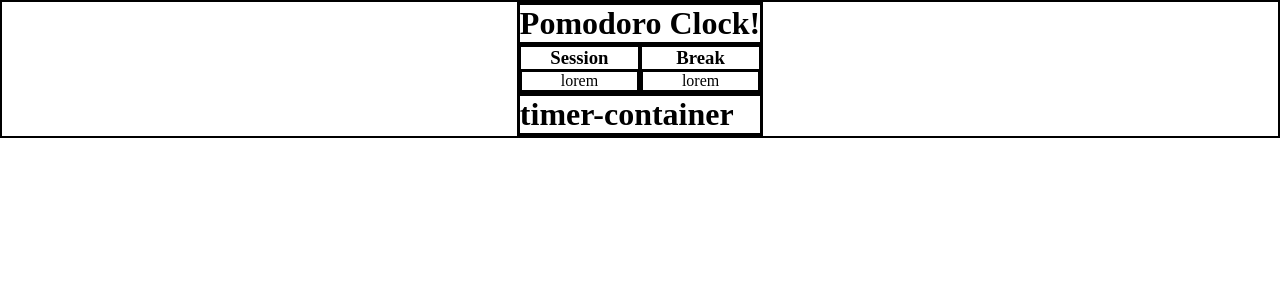
Repository: mcostigliola/pomodoroTimer
Page: index.html
These files come from the project's save history. The page is drawn as it stood at one moment and after the next save; the edit follows.
The browser window is 1280 px wide. The pictures show the whole page.

Above is the page before, as saved 2020-05-22 19:10:43.
Not found: main.js

### index.html
<!DOCTYPE html>
<html>
<head>
  <meta charset='utf-8'>
  <meta http-equiv='X-UA-Compatible' content='IE=edge'>
  <title>Page Title</title>
  <meta name='viewport' content='width=device-width, initial-scale=1'>
  <link rel='stylesheet' type='text/css' media='screen' href='main.css'>
  <script src='main.js'></script>
</head>
<body>
  <div id="main-container">
    <div id="title-watch">
      <h1>Pomodoro Clock!</h1>
    </div>

    <div id="session-container">
      <div class="timer-configurator">
        <h3 class="cnfg-name">Session</h3>
        <div class="cnfg-controller">
          <p>lorem</p>
        </div>
      </div>
      <div class="timer-configurator">
        <h3 class="cnfg-name">Break</h3>
        <div class="cnfg-controller">
          <p>lorem</p>
        </div>
      </div>
    </div>

    <div id="timer-container">
       <h1>timer-container</h1>
    </div>
  </div>
</body>
</html>

### main.css
*{
    border: 1px solid black;
    box-sizing: border-box;
    margin:0;
    padding:0;
}

body{
    display: flex;
    flex-flow: column;
}

#main-container{
    display: flex;
    flex-flow: column;
    margin: auto;
}

#session-container{
    display: flex;
}

.timer-configurator{
    display: flex;
    flex-flow: column;
    text-align: center;
    width: 50%;
}

After the next save:
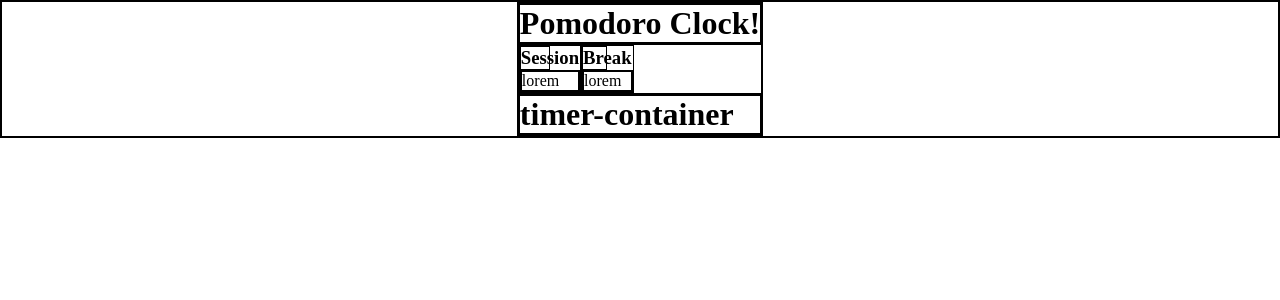
Saved 45 s later.
--- a/main.css
+++ b/main.css
@@ -20,7 +20,7 @@
     display: flex;
 }
 
-.timer-configurator{
+.timer-configurator h3{
     display: flex;
     flex-flow: column;
     text-align: center;

After the save that followed:
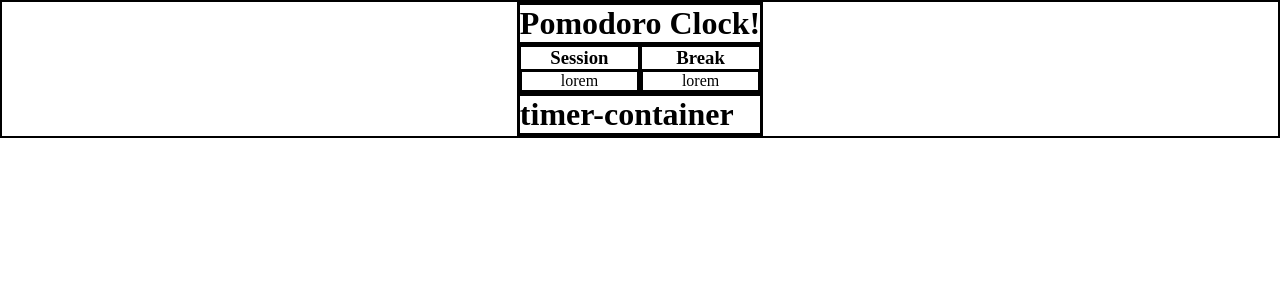
Saved 12 s later.
--- a/main.css
+++ b/main.css
@@ -20,7 +20,7 @@
     display: flex;
 }
 
-.timer-configurator h3{
+.timer-configurator{
     display: flex;
     flex-flow: column;
     text-align: center;
